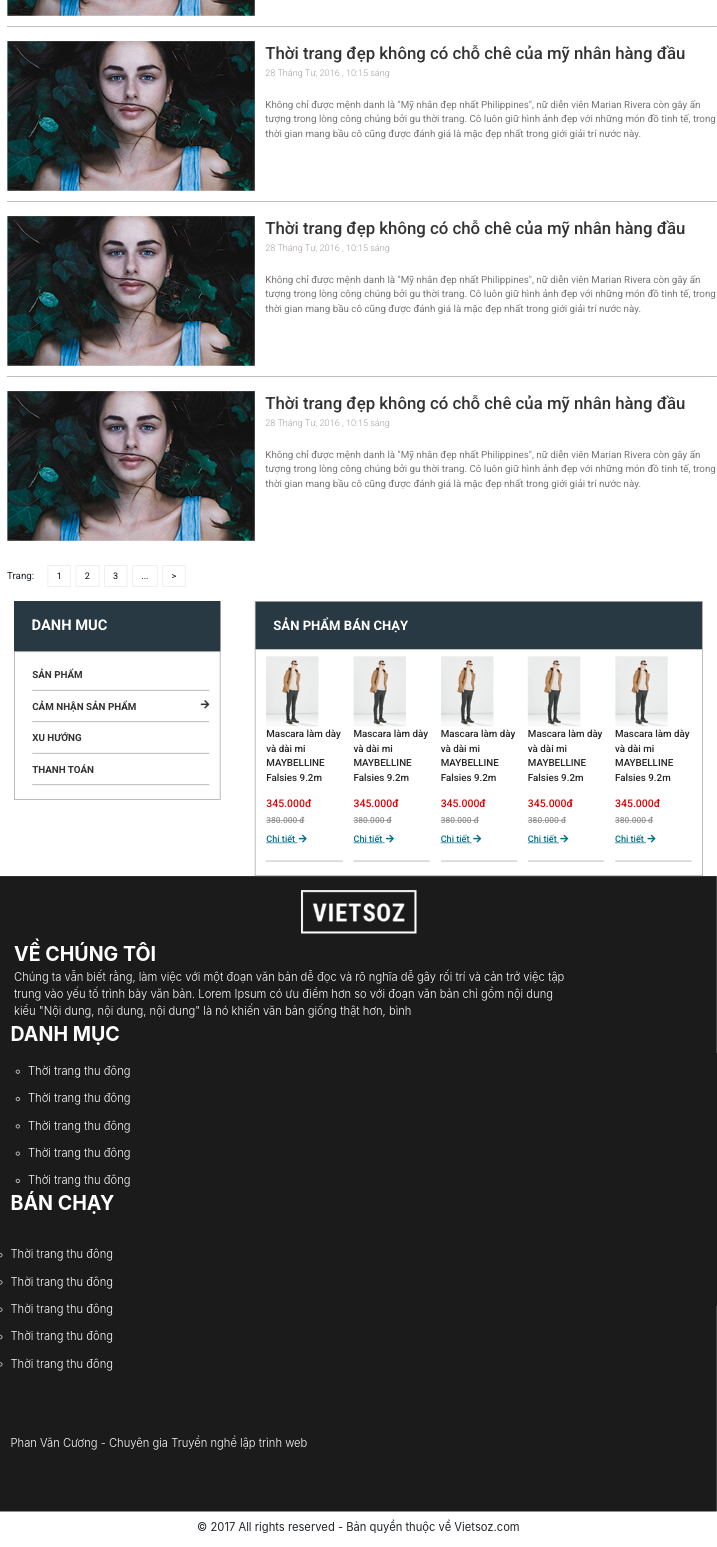
Repository: vinhtk0209/Vietsoz-reponsive
Page: index.html
An editor plug-in stored every save of this project. The page is shown before and after the next save, followed by the edit.
The browser window is 1024 px wide. The pictures show the part of the page from y = 1401 to 3641 px (the page is 3611 px tall before and 3641 px after), at 70% of full size.

Above is the page before, as saved 2021-10-24 17:07:46.

After the next save:
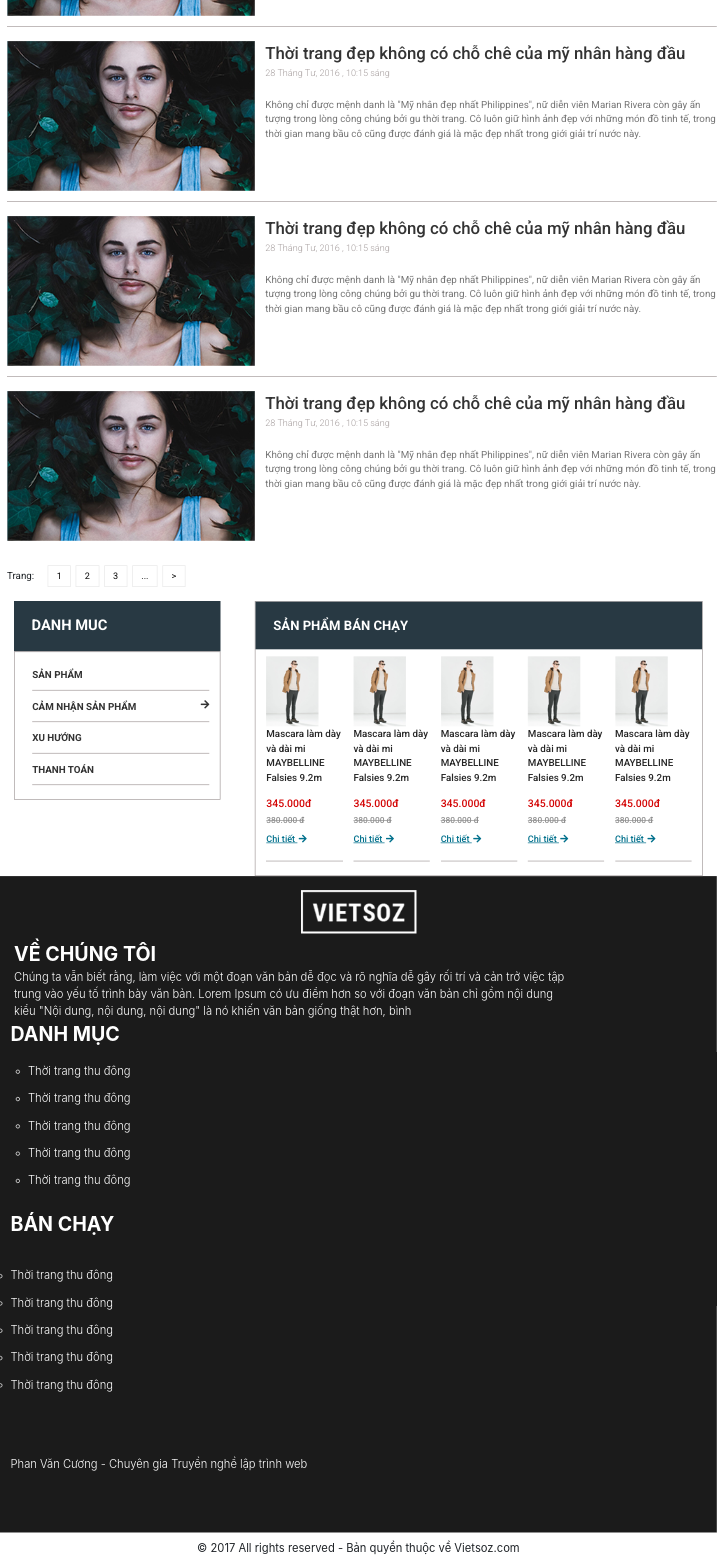
Saved 14 s later.
--- a/assets/css/reponsive.css
+++ b/assets/css/reponsive.css
@@ -66,12 +66,9 @@
         font-weight: 700;
 
     }
-    .footer .footer-content .footer-cateror
-   {
+    .footer .footer-content .footer-cateror,
+    .footer .footer-content .footer-best-seller{
         margin-top: 30px;
-    }
-    .footer .footer-content .footer-best-seller{
-
     }
     .footer .footer-content .footer-caterory ul{
        margin-top:20px;
